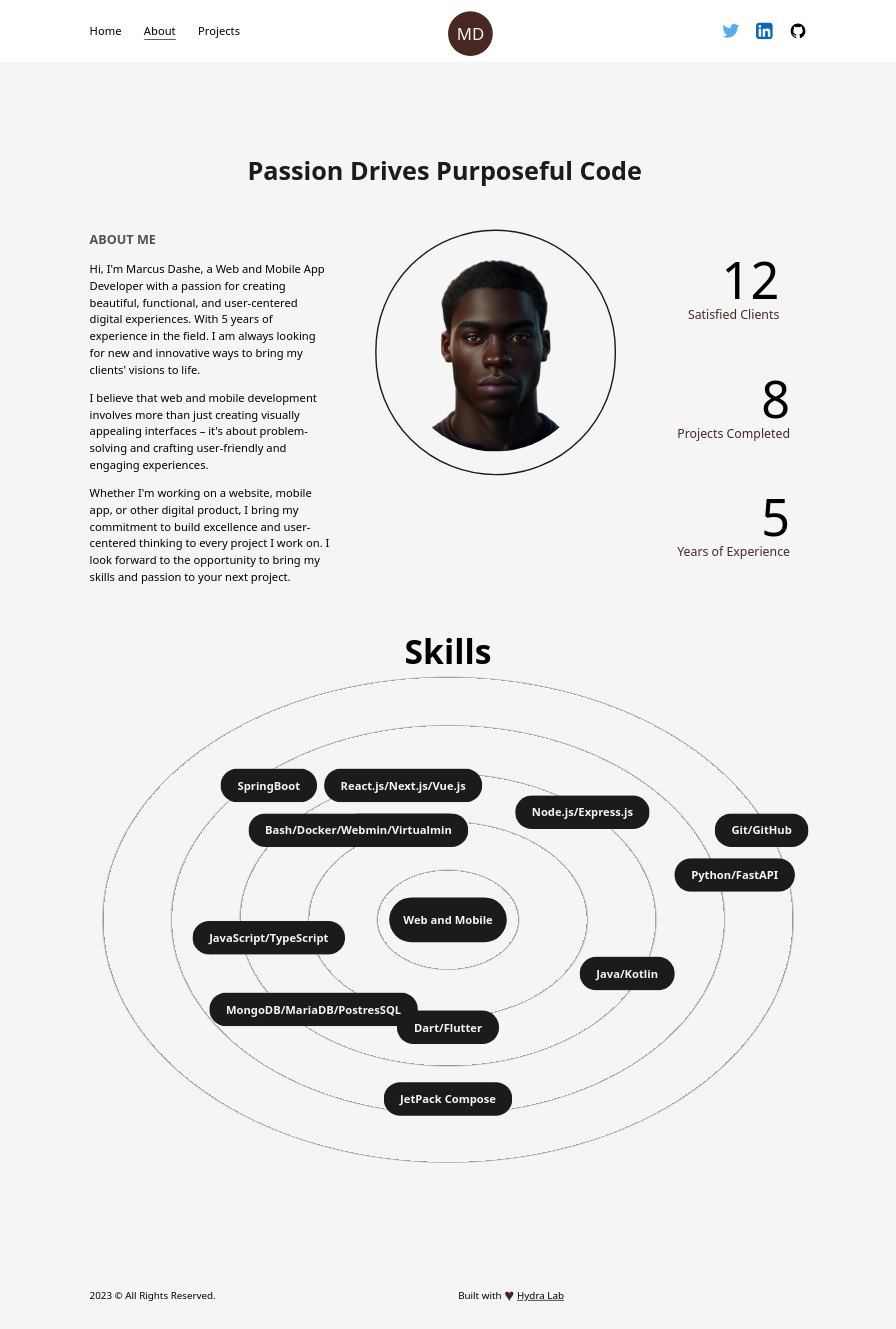
Repository: marcusdashe/situs
Page: /about
These files come from the project's save history. The page is drawn as it stood at one moment and after the next save; the edit follows.
The browser window is 1280 px wide. The pictures show the whole page, at 70% of full size.
The project was rebuilt for these pictures with package versions that can differ from the ones it lists, and the page was loaded fresh each time. The framework's server and built-in components were replaced by stand-ins that run in the browser.

Above is the page before, as saved 2023-07-23 12:52:42.

After the next save:
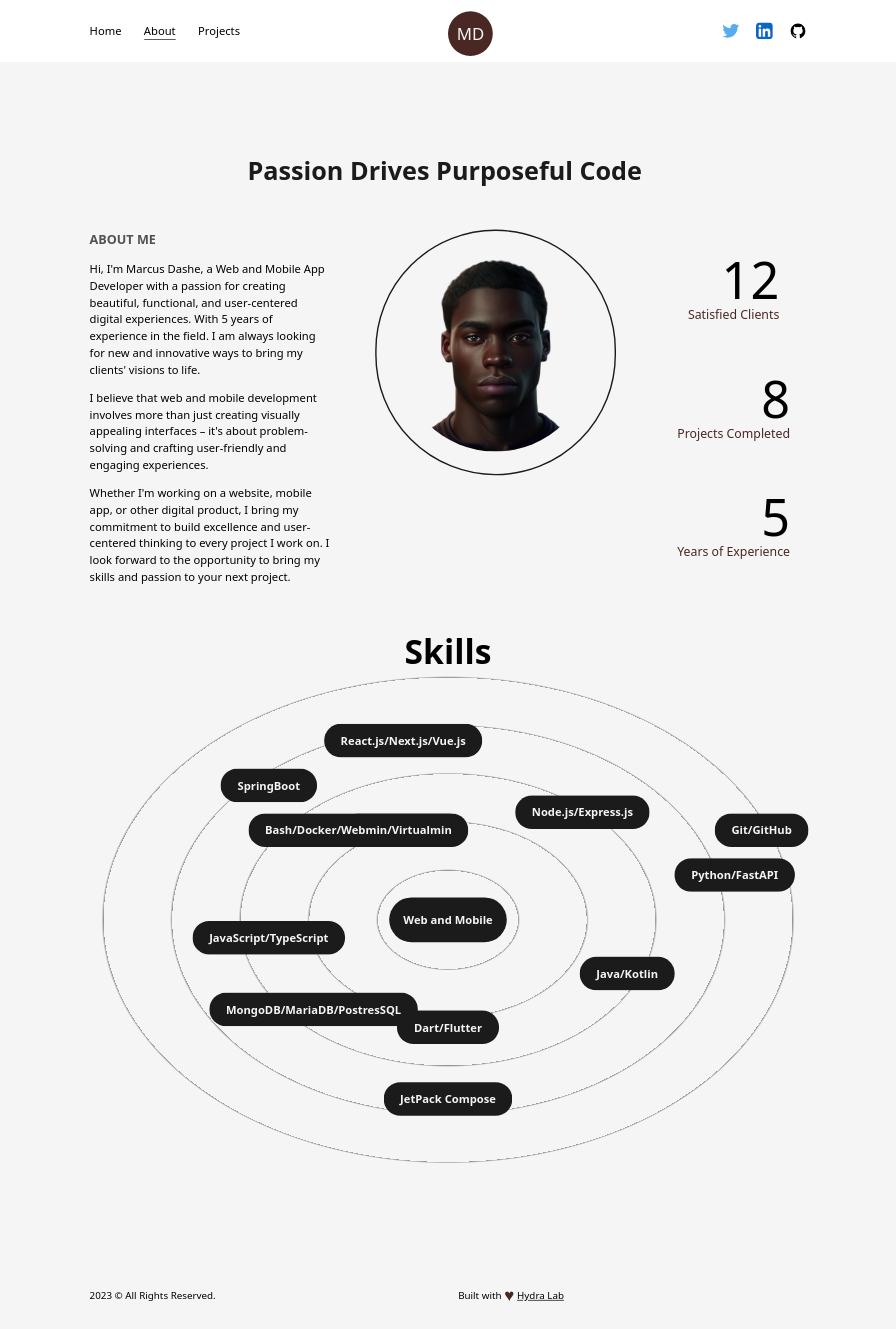
Saved 16 s later.
--- a/src/components/Skills.jsx
+++ b/src/components/Skills.jsx
@@ -35,7 +35,7 @@ const Skills = () => {
         <Skill name="Dart/Flutter" x="0vw" y="12vw" />
         <Skill name="SpringBoot" x="-20vw" y="-15vw" />
         <Skill name="Node.js/Express.js" x="15vw" y="-12vw" />
-        <Skill name="React.js/Next.js/Vue.js" x="-5vw" y="-15vw" />
+        <Skill name="React.js/Next.js/Vue.js" x="-5vw" y="-20vw" />
         <Skill name="Python/FastAPI" x="32vw" y="-5vw" />
         <Skill name="JetPack Compose" x="0vw" y="20vw" />
         <Skill name="MongoDB/MariaDB/PostresSQL" x="-15vw" y="10vw" />
